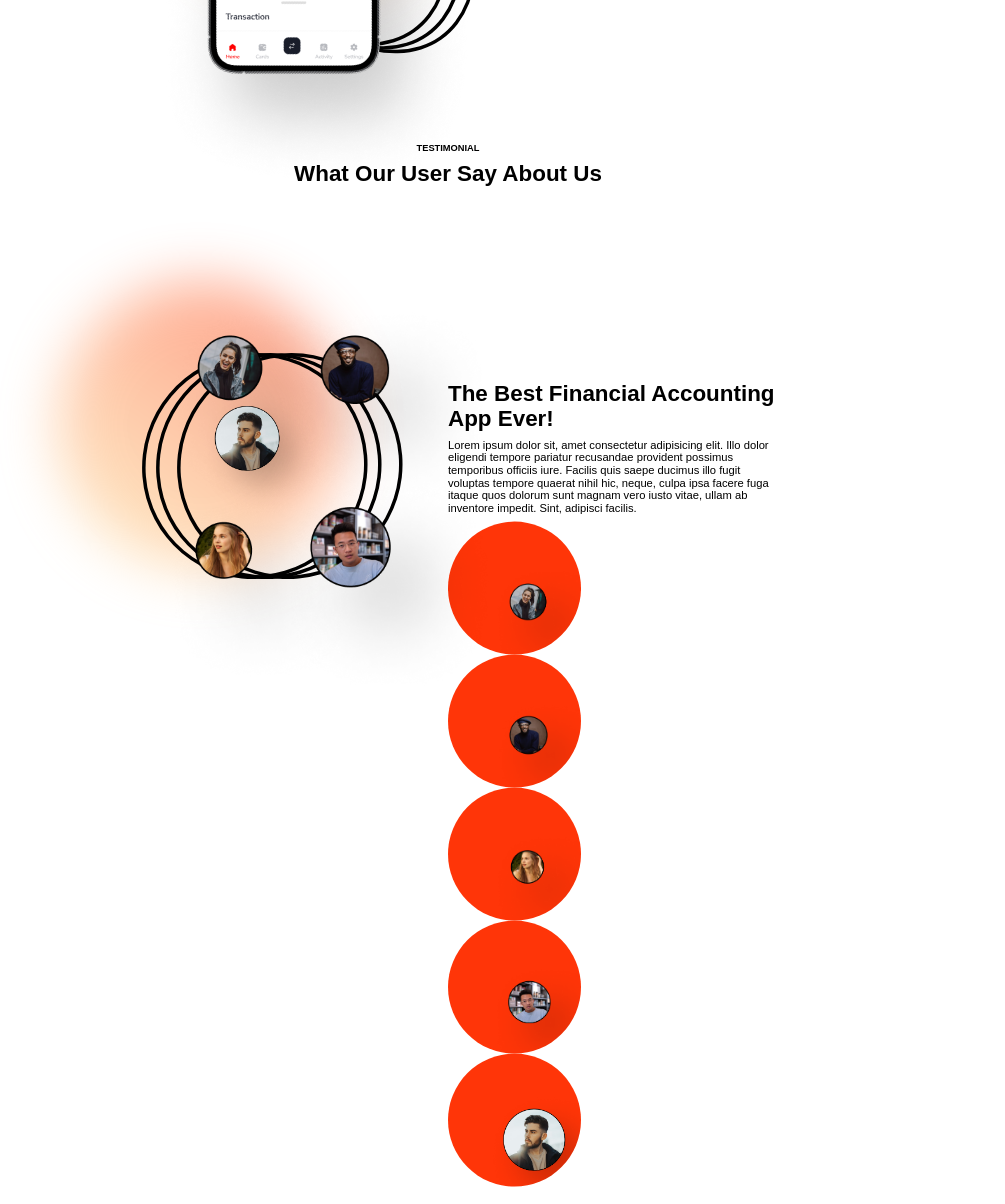
Repository: sakshambansal7/Uifry
Page: index.html
These files come from the project's save history. The page is drawn as it stood at one moment and after a run of saves; the edit follows.
The browser window is 1280 px wide. The page is 1435 px wide, so the pictures cover 1435 px, including what lies to the right of the window. The pictures show the part of the page from y = 2423 to 4143 px (the page is 4143 px tall before and 3434 px after), at 70% of full size.
Some web libraries are served in a nearby version.

Above is the page before, as saved 2024-06-12 22:26:27.

### index.html
<!DOCTYPE html>
<html lang="en">
  <head>
    <meta charset="UTF-8" />
    <meta name="viewport" content="width=device-width, initial-scale=1.0" />
    <title>uifry.com</title>
    <link rel="stylesheet" href="style.css" />
    <link rel="stylesheet" href="https://cdnjs.cloudflare.com/ajax/libs/font-awesome/6.1.1/css/all.min.css">

  </head>
  <body>
    <nav class="navbar">
      <div>
        <img class="logo" src="./images/logo.png" alt="img" />
      </div>
      <div class="nav">
        <div><a href="#" class="nav__link active">Home </a></div>
        <div><a href="#" class="nav__link">About Us</a></div>
        <div><a href="#" class="nav__link">Pricing</a></div>
        <div><a href="#" class="nav__link">features</a></div>
      </div>
      <div class="download">
        <button class="button">Download</button>
      </div>
    </nav>
    <div class="part1 ">
      <div class="left">
        <div class="bg-shape1"></div>
        <h1>Make The Best Financial Decisions</h1>
        <div class="bg-shape1 position-1"></div> <!-- Duplicate for top and bottom -->
        <p>Lorem ipsum dolor sit amet consectetur, adipisicing elit. Fuga dolorem esse natus repellat modi, mollitia voluptates est.</p>
        <div class="cta-buttons">
          <button class="get-started-btn">Get Started <i class="fa-solid fa-arrow-right"></i></button>
          <button class="watch-video-btn"> <i class="fa-solid fa-circle-play"></i>Watch Video</button>
        </div>
      </div>

      <div class="right">
        <div class="bg-shape2"></div>
        <div class="elipse-common elipse"></div>
        <div class="elipse-common elipse1"></div>
        <div class="elipse-common elipse2"></div>

        <img class="image1" src="./images/iphone.png" alt="Mobile App Mockup" />
        <img class="image2" src="./images/igraph.png" alt="Mobile App Mockup" />
        <img class="image3" src="./images/iphone.png" alt="Mobile App Mockup" />
      </div>

    </div>
    <div class="part2">
      <div class="left">
        <div class="bg-shape2"></div>
        <div class="elipse-common elipse3"></div>
        <div class="elipse-common elipse4"></div>
        <div class="elipse-common elipse5"></div>

        <img class="image1" src="./images/iphone.png" alt="Mobile App Mockup" />

      </div>
      <div class="right">
        <h4>FEATURES</h4>
        <H1>Uifry Premium</H1>
        <h3><i class="fa-regular fa-star custom-color"></i> Budgeting intervals</h3>
        <p>Lorem ipsum dolor sit amet consectetur, adipisicing elit. Fuga dolorem esse natus repellat modi, mollitia voluptates est.</p>
        <h3> <i class="fa-solid fa-gear custom-color"></i> Budgeting intervals</h3>
        <p>Lorem ipsum dolor sit amet consectetur, adipisicing elit. Fuga dolorem esse natus repellat modi, mollitia voluptates est.</p>
        <h3><i class="fa-solid fa-star-of-life custom-color"></i>Budgeting intervals</h3>
        <p>Lorem ipsum dolor sit amet consectetur, adipisicing elit. Fuga dolorem esse natus repellat modi, mollitia voluptates est.</p>

      </div>
    </div>
    <div class="part3">
      <div class="left">
        <h4>ADVANTAGES</h4>
        <H1> Why Choose Uifry ?</H1>
        <h3><i class="fa-solid fa-bell custom-color"></i>Clever notificAations</h3>
        <p>Lorem ipsum dolor sit amet consectetur, adipisicing elit. Fuga dolorem esse natus repellat modi, mollitia voluptates est. Lorem ipsum dolor sit amet consectetur adipisicing elit. Perspiciatis expedita accusantium obcaecati dicta debitis optio quibusdam animi assumenda sit commodi?</p>

      </div>
      <div class="right">
        <div class="bg-shape2"></div>
        <div class="elipse-common elipse3"></div>
        <div class="elipse-common elipse4"></div>
        <div class="elipse-common elipse5"></div>
        <img src="./images/igraph.png" alt="img">
      </div>
    </div>
    <div class="part4">
      <div class="left">
        <div class="bg-shape2"></div>
        <div class="elipse-common elipse3"></div>
        <div class="elipse-common elipse4"></div>
        <div class="elipse-common elipse5"></div>
        <img src="./images/iphone.png" alt="img">
      </div>
      <div class="right">
        <h1><i class="fa-solid fa-star-of-life custom-color "></i>Fully Costomizable</h1>
        <p>Lorem ipsum dolor sit amet consectetur adipisicing elit. Quia magni, maxime ipsa perferendis eveniet amet ea. Dolorum, dolorem dignissimos architecto, voluptatibus iure aperiam excepturi atque deleniti blanditiis, debitis sed quia. Lorem ipsum, dolor sit amet consectetur adipisicing elit. A molestias esse, vero neque blanditiis veritatis ratione nesciunt dolore ullam aut!</p>
      </div>
    </div>
    <div class="parent-container">
      <h5>TESTIMONIAL</h5>
      <h1>What Our User Say About Us</h1>
  </div>

    <div class="part5">
      <div class="left">
        <div class="bg-shape2"></div>
        <div class="elipse-common elipse6"></div>
        <div class="elipse-common elipse7"></div>
        <div class="elipse-common elipse8"></div>

        <div class="img1 "><img src="./images/1.png" alt="img"></div>
        <div class="img2 "><img src="./images/2.png" alt="img"></div>
        <div class="img3 "><img src="./images/3.png" alt="img"></div>
        <div class="img4 "><img src="./images/4.png" alt="img"></div>
        <div class="main "><img src="./images/main.png" alt="img"></div>

      </div>
      <div class="right">
        <h1>The Best Financial Accounting App Ever!</h1>
        <p>Lorem ipsum dolor sit, amet consectetur adipisicing elit. Illo dolor eligendi tempore pariatur recusandae provident possimus temporibus officiis iure. Facilis quis saepe ducimus illo fugit voluptas tempore quaerat nihil hic, neque, culpa ipsa facere fuga itaque quos dolorum sunt magnam vero iusto vitae, ullam ab inventore impedit. Sint, adipisci facilis.</p>

        <div class="images">
          <div class="img"><img src="./images/1.png" alt="img"></div>
          <div class="img"><img src="./images/2.png" alt="img"></div>
          <div class="img"><img src="./images/3.png" alt="img"></div>
          <div class="img"><img src="./images/4.png" alt="img"></div>
          <div class="img"><img src="./images/main.png" alt="img"></div>
        </div>
      </div>

    </div>
  </body>
  <script src="script.js"></script>
</html>

### style.css

*{
    margin: 0px;
    padding: 5px;

}
body {
  margin-left: 20vh;
  margin-right: 20vh;
  font-family: Arial, sans-serif;
  background: #fff;
  color: #000000;
  justify-content: center;
  box-sizing: border-box;
}

  /* navbar */
.logo {
  width: 120px;
}


.navbar{
  display: flex;
  justify-content: flex-start;

}
.nav{
  padding-top: 10px;
  display: flex;
  justify-content: center;

}
nav  {
  display: inline;
}

nav a {
  text-decoration: none;
  color: #333;
  font-weight: bold;
}


.button {
  width: 160px;
  height: 40px;
  border-radius: 3px;
  background-color: #000000;
  color: #fff;
  padding: 10px 20px;
  cursor: pointer;
  border: none;
  font-weight: bold;
  margin-left: 40vh;
}
.download{

  padding-top: 10px;
}


.nav__link {
    display: block;
    padding: .3125rem 1.5rem;
    text-transform: uppercase;
  }

  .nav__link.active  {

    color: #FF5E08;
  }

  /* part-1 */

  .part1 {
    height: 85vh;
    display: inline-flex;
        justify-content: space-between;
        top: 50px !important;
        inset: 0;


    padding: 60px 40px;
}

/* .absolute{
  position: absolute;
  inset: 0;
  justify-content: center;
  display: inline-flex;
  flex-direction: row;
} */
.left {
  max-width: 50%;
}

.part1 h1 {
  font-size: 3em;
  margin: 0 0 20px;
}

.part1 p {
  font-size: 1.2em;
  margin: 0 0 40px;
}

.cta-buttons {
  display: flex;
  gap: 20px;
}

.get-started-btn,
.watch-video-btn {
  background: #000;
  color: #fff;
  padding: 15px 30px;
  border: none;
  cursor: pointer;
  font-size: 1em;
  font-weight: bold;
}

.watch-video-btn {
  color: #000000;

  background: transparent;
}

.right {
  max-width: 50%;
  position: relative; /* Add position relative to use as a reference for absolute positioning */
}

.right .image1{

  position: absolute;
  z-index: 3;
  width: 100%;
  padding-left: 0px;



}
.right .image2 {
  position: absolute;
  padding-top: 50px;
  padding-left: 100px;


  z-index: 2;
  max-width: 100%;
}
.right .image3 {


  padding-top: 100px;
  padding-left: 200px;
  z-index: 1;
  max-width: 100%;
}
/* background-effect */


.justify-center{
  justify-content: center;
}

/* background-effect */
.left {
  max-width: 50%;
  position: relative; /* Add this line */
}

.bg-shape1 {
  width: 400px;
  height: 400px;
  border-radius: 9999px;
  position: absolute; /* Change to absolute for proper positioning */
  top: 0px; /* Positioning adjustments */
  left: 50%; /* Positioning adjustments */
  transform: translateX(-50%); /* Center the shape horizontally */
  z-index: -1; /* Ensure it's behind the text */
  background: linear-gradient(35deg,  #FDE598,#ff3508); /* Dual color gradient */
  opacity: 0.5; /* Adjust as necessary */
  filter: blur(40px);

}

.bg-shape2 {
  width: 400px;
  height: 400px;
  border-radius: 9999px;
  position: absolute; /* Change to absolute for proper positioning */
  top: 50px; /* Positioning adjustments */
  left: 50%; /* Positioning adjustments */
  transform: translateX(-50%); /* Center the shape horizontally */
  z-index: -1; /* Ensure it's behind the text */
  background: linear-gradient(35deg,  #FDE598,#ff3508); /* Dual color gradient */
  opacity: 0.5; /* Adjust as necessary */
  filter: blur(40px);

}

  /* circular shape */

  .elipse-common {

    background: none;
    border-radius: 50%;
    -ms-transform: rotate(40deg);  /* IE 9 */
    -webkit-transform: rotate(40deg);  /* Safari */
    transform: rotate(40deg);
    position: absolute;
    top: 150px;
    border: 5px solid black;
    z-index: -1; /* Ensure it's behind the text */
}

.elipse {
  width: 700px;
  height: 305px;
    left: 45px;

}

.elipse1 {
  width: 700px;
  height: 305px;
    left: 25px;
}

.elipse2 {
  width: 700px;
  height: 305px;
    left: 5px;
}
.elipse3 {
  width: 500px;
  height: 305px;
    left: 45px;

}

.elipse4 {
  width: 500px;
  height: 305px;
    left: 25px;
}

.elipse5 {
  width: 500px;
  height: 305px;
    left: 5px;
}


.part2{
  display: flex;
  height: 85vh;
}

  .part2 .left .image1{
    transform: rotate(15deg);
  }

  .part2 .right{
    margin-top: 20vh;

  }
  .part2 .right h3 h1{
    font-weight: 900; /* 400 is normal, 700 is bold */
  }
  .part2 .right h4{
    color: #FF5E08;
  }
  .custom-color {
    color: #FF5E08;
}

.part3{
  display: flex;
  align-items: center;
  justify-content: center;
  height: 80vh;



}
.part3 .left h4{
  color: #FF5E08;

}
.part3 .left p{
 font-weight: 100;

}
.part3 .right img{
  transform: rotate(15deg);

}


.part4{
  gap: 5vh;
  display: flex;
  align-items: center;
  justify-content: center;
  height: 80vh;

}


.part4  .left{
  transform: rotate(15deg);


}
.part4 .right{
  padding-bottom: 30vh;
}



.elipse6 {
  width: 300px;
  height: 305px;
    left: 65px;



}

.elipse7 {
  width: 300px;
  height: 305px;
    left: 45px;
}

.elipse8 {
  width: 300px;
  height: 305px;
    left: 95px;
}

.parent-container {
  text-align: center;
}

.part5{
  margin-top: 10vh;
  display: flex;
  gap: 30vh;
  position: relative;


}


.part5  img {
  position: relative;
  top: 50px;
  left: 50px;
}
.part5  .img1{
  position: absolute;
  top: 1vh;
  left: .1h;
  z-index: 4;



}
.part5  .img2{
  position: absolute;
  top: 1vh;
  left: 25vh;
  z-index: 5;

}
.part5  .img3{
  position: absolute;
  top: 38vh;
  left: .1vh;
  z-index: 3;


}
.part5  .img4{
  position: absolute;
  top: 35vh;
  left: 23vh;
  z-index: 2;


}
.part5 .main {
  position: relative;
  top: 19vh;
  left: 8vh;
  z-index: 1;

}

/* Adjust the size of the image within the .main div */
.part5 .main img {
  width: 80%; /* Decrease the width to 50% of its original size */
  height: auto; /* Maintain aspect ratio */
}


.part5 .right{
  margin-top:25vh ;
}



.images .img {
  background-color: #ff3508;
  width: 25vh;
  height: 25vh;
  border-radius: 50%;
  overflow: hidden; /* Ensure the images fit within the circular divs */
  display: flex;
  align-items: center;
  justify-content: center;
}

.images .img img {
  width: 100%;
  height: 100%;
  object-fit: cover; /* Ensures the image covers the entire area of the div */
}

### script.js
document.addEventListener('DOMContentLoaded', function() {
    const selector = '.nav__link';
    const elems = Array.from( document.querySelectorAll( selector ) );
    const navigation = document.querySelector( 'nav' );

    function makeActive( evt ) {
      const target = evt.target;

      if ( !target || !target.matches( selector ) ) {
        return;
      }

      elems.forEach( elem => elem.classList.remove( 'active' ) );

        evt.target.classList.add( 'active' );
    };

    navigation.addEventListener( 'mousedown', makeActive );

    } );

After the next 2 saves:
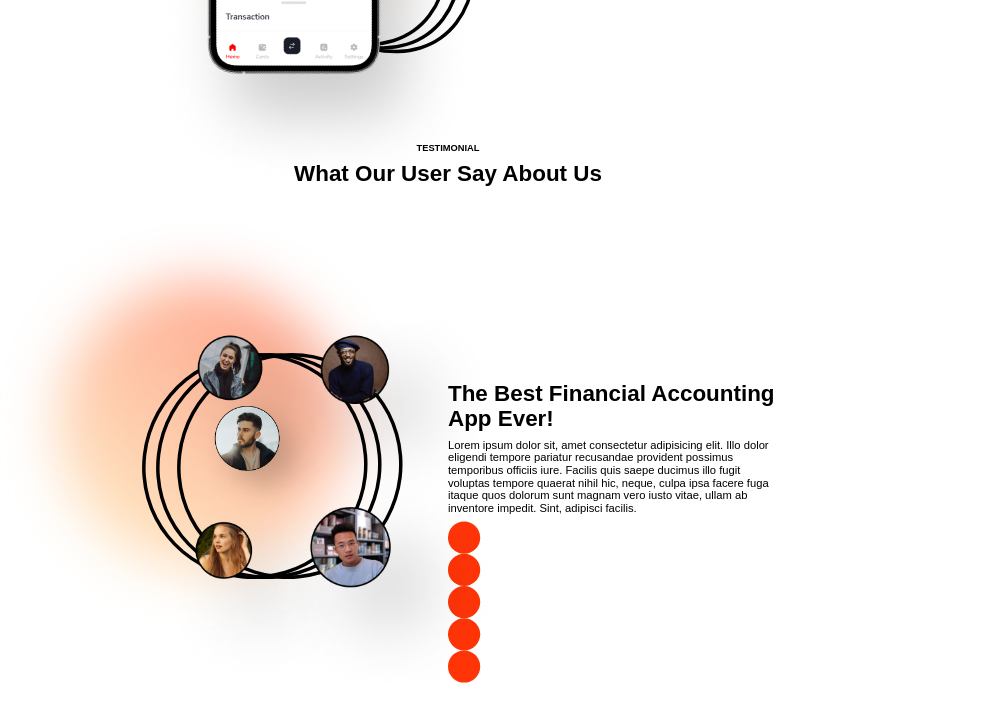
The 2 saves are shown as one change because they came seconds apart.
The last was saved 12 s later.
--- a/style.css
+++ b/style.css
@@ -417,8 +417,8 @@ nav a {
 
 .images .img {
   background-color: #ff3508;
-  width: 25vh;
-  height: 25vh;
+  width: 5vh;
+  height: 5vh;
   border-radius: 50%;
   overflow: hidden; /* Ensure the images fit within the circular divs */
   display: flex;
